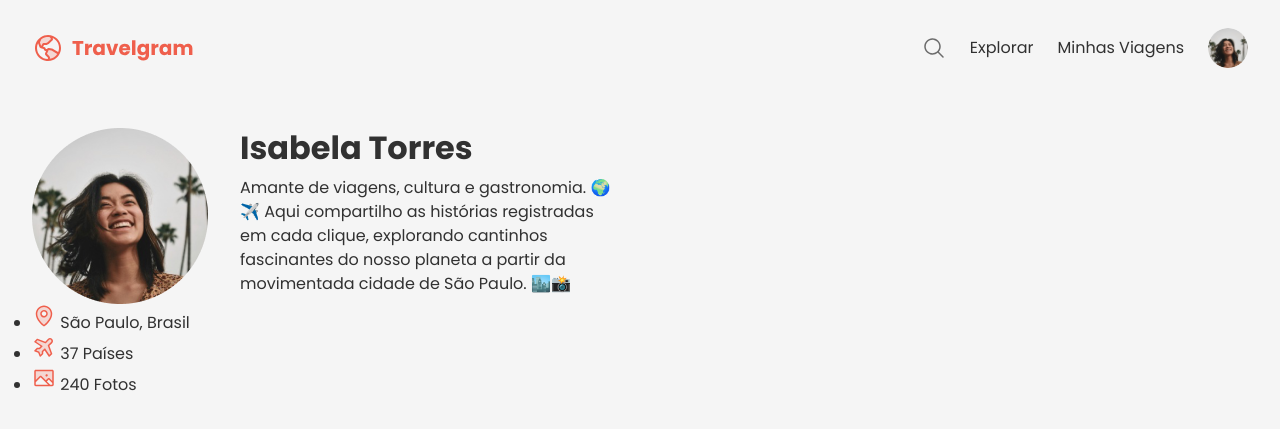
Repository: AbiezerSidonioJoseOdanacaJunior/projeto-travelgram
Page: index.html
The author's editor kept a copy of each file at every save. The page is drawn from the files as they stood at one save, then again after the next save.
The browser window is 1280 px wide. The pictures show the whole page.
Some web fonts or font styles are not loaded; a fallback is used.

Above is the page before, as saved 2024-11-12 17:52:29.

### index.html
<!DOCTYPE html>
<html lang="pt-br">
<head>
    <meta charset="UTF-8">
    <meta name="viewport" content="width=device-width, initial-scale=1.0">
    <link rel="preconnect" href="https://fonts.googleapis.com">
    <link rel="preconnect" href="https://fonts.gstatic.com" crossorigin>
    <title>Travelgram</title>
    <link rel="stylesheet" href="styles/index.css">
    <link href="https://fonts.googleapis.com/css2?family=Alice&family=Playfair+Display:ital,wght@0,400..900;1,400..900&family=Poppins:wght@400;700&display=swap" rel="stylesheet">
</head>
<body>
    <div class="bg-sulface-color">
        <nav class="container">
            <a href="#" id="logo">
                <img src="/assets/Logo.svg" alt="Logo Marca">
            </a>
            <ul>
                <li>
                    <img src="/assets/MagnifyingGlass.svg" alt="Icone de  Lupa">
                </li>
                <li><a href="">Explorar</a></li>
                <li><a href="">Minhas Viagens</a></li>
                <li><a href="">
                    <img src="/assets/Profile pic.png" alt="Imagem da Isabela">
                </a></li>
            </ul>
        </nav>
        <header>
            <div class="container">
                <div id="profile">
                    <img src="/assets/Profile pic.png" alt="Imagem da Isabela 2">
                    <div>
                        <h1>Isabela Torres</h1>
                        <p>Amante de viagens, cultura e gastronomia. 🌍✈️
                            Aqui compartilho as histórias registradas em cada clique, explorando cantinhos fascinantes do nosso planeta a partir da movimentada cidade de São Paulo. 🏙️📸</p>
                    </div>
                </div>
                <ul id="info">
                    <li>
                        <img src="/assets/MapPin.svg" alt="">
                        <span>São Paulo, Brasil</span>
                    </li>
                    <li>
                        <img src="/assets/AirplaneTilt.svg" alt="">
                        <span>37 Países</span>
                    </li>
                    <li>
                        <img src="/assets/Image.svg" alt="">
                        <span>240 Fotos</span>
                    </li>
                </ul>
            </div>
        </header>
    </div>
</body>
</html>

### styles/global.css
* {
    padding: 0;
    margin: 0;
    box-sizing: border-box;
}

:root {
    --brand-clor: #EF5F4C;
    --backgoround-clor: #FFFFFF;
    --surface-color: #F5F5F5;
    --skeleton-color: #D9D9D9;
    --shape-tranparency: #ffffff90;
    --text-color-primary: #313131;
    --text-color-secondary: #6C6C6C;
    --font-family: "Poppins", sans-serif;
    --text: 16px/150% var(--font-family);
    --text-lg: bold 32px/125% var(--font-family);
    --text-md: 14px/170% var(--font-family);
    --text-sm: 12px/170% var(--font-family) ;

}

body {
    color: var(--text-color-primary);
    background-color: var(--backgoround-clor);
    font: var(--text);
}

a {
    text-decoration: none;
    color: inherit;
}

a:hover {
    color: var(--brand-clor);
    text-decoration: underline;
}

.container {
    padding-inline: 32px;
    max-width: 1280;
    margin-inline: auto;
}

.bg-sulface-color {
    background-color: var(--surface-color);
}

### styles/nav.css
nav{
    display: flex;
    justify-content: space-between;
    align-items: center;

    line-height: 0;
    padding-block: 20px;
}

nav ul {
    list-style: none;
    display: flex;
    align-items: center;
    gap: 24px;
    padding-block: 8px;
}

nav ul li:last-child img {
    width: 40px;
    height: 40px;
    object-fit: cover;
    border-radius: 50%;
}

### styles/header.css
header {
    padding-block: 32px;
}

#profile {
    display: flex;
    gap: 32px;
}

#profile > div {
    max-width: 384px;
}

 h1 {
    font: var(--text-lg);
    color: var(--text-color-primary);
    padding-bottom: 8px;
}

Loaded but not shown: styles/index.css (common file)

After the next save:
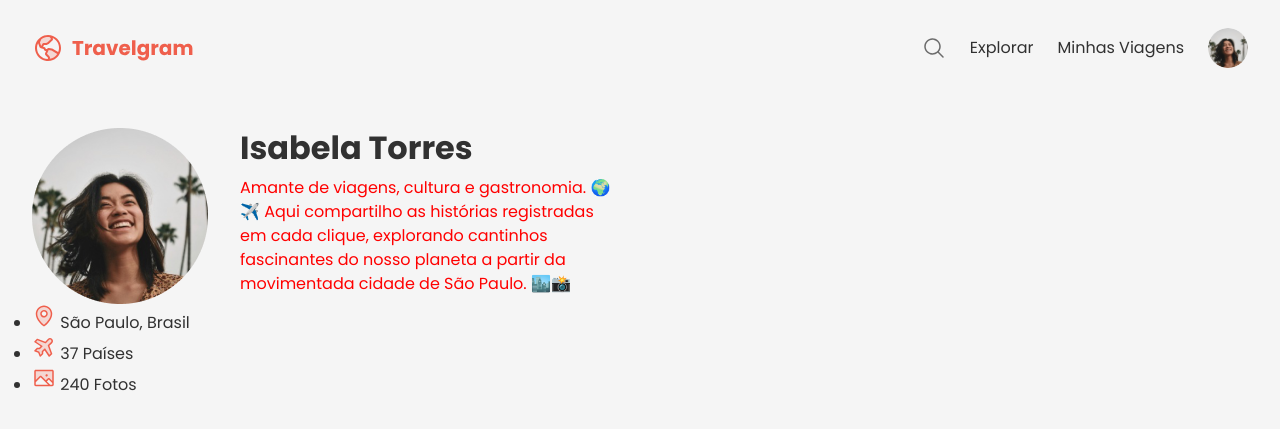
Saved 94 s later.
--- a/styles/header.css
+++ b/styles/header.css
@@ -16,3 +16,7 @@
     color: var(--text-color-primary);
     padding-bottom: 8px;
 }
+
+#profile p {
+    color: red;
+}

After the save that followed:
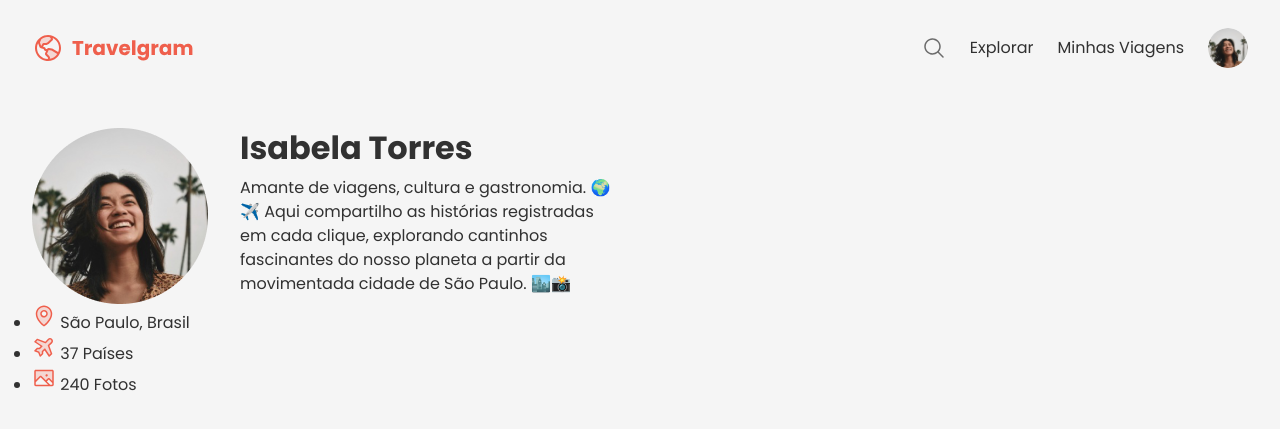
Saved 45 s later.
--- a/styles/header.css
+++ b/styles/header.css
@@ -18,5 +18,5 @@
 }
 
 #profile p {
-    color: red;
+    color: var(text-colot-secondary);
 }
